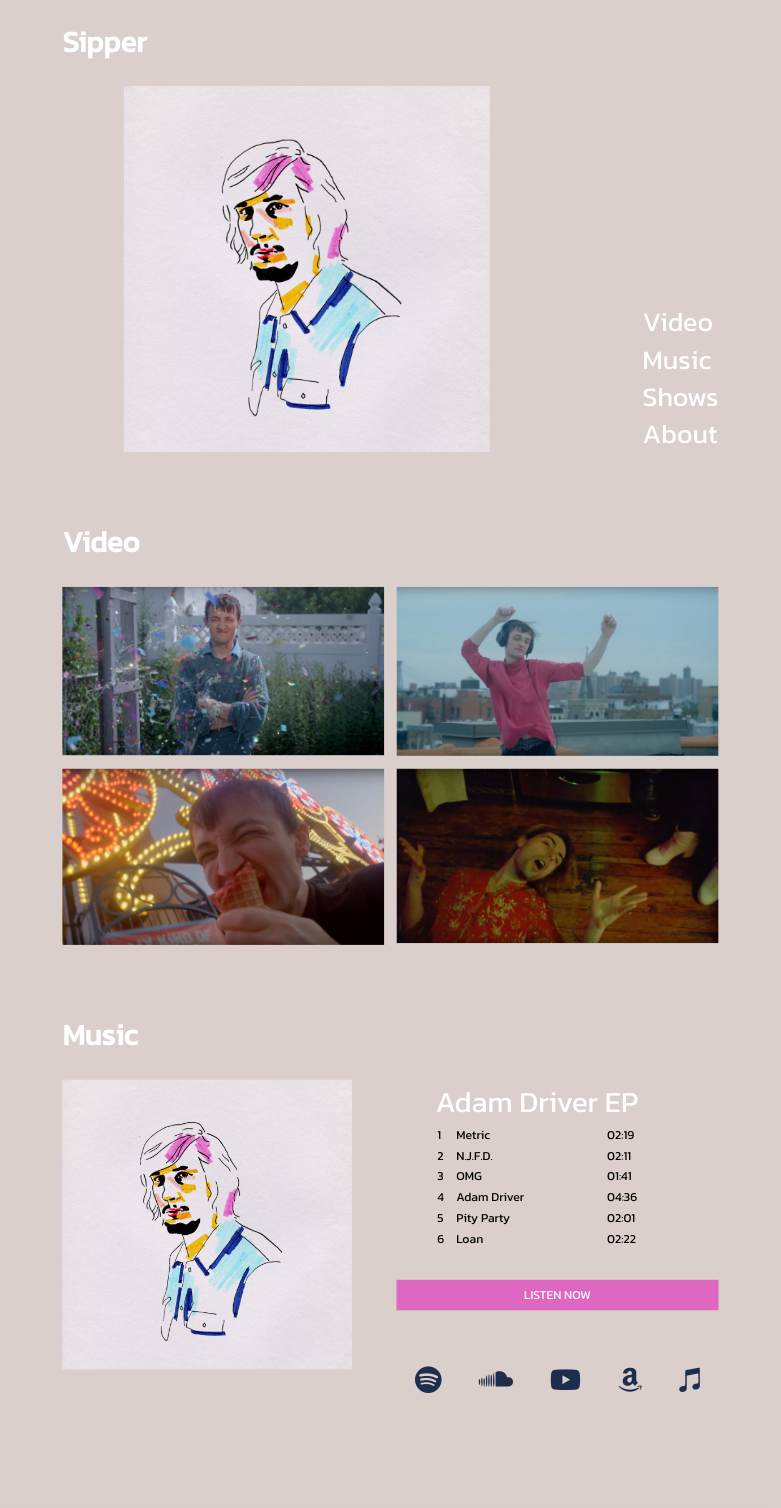
Repository: KrystellBarraza/SipperNYC
Page: index.html
An editor plug-in stored every save of this project. The page is shown before and after the next save, followed by the edit.
The browser window is 1280 px wide. The pictures show the whole page, at 61% of full size.
Some web libraries are served in a nearby version.

Above is the page before, as saved 2019-08-20 17:27:09.

### index.html
<!DOCTYPE html>
    <head>
        <meta charset="utf-8">
        <meta http-equiv="X-UA-Compatible" content="IE=edge">
        <title>Sipper</title>
        <meta name="description" content="Wholesome and intrinsically delicate, SIPPER is an NYC based band who wants nothing more than to make you enjoy whatever they put out.">
        <meta name="viewport" content="width=device-width, initial-scale=1">
        <script src="https://kit.fontawesome.com/0942df55aa.js"></script>
        <script src="https://ajax.googleapis.com/ajax/libs/jquery/3.4.1/jquery.min.js"></script>
        <link rel="stylesheet" href="https://ajax.googleapis.com/ajax/libs/jqueryui/1.12.1/themes/smoothness/jquery-ui.css">
        <script src="https://ajax.googleapis.com/ajax/libs/jqueryui/1.12.1/jquery-ui.min.js"></script>
        <link href="https://fonts.googleapis.com/css?family=Kanit&display=swap" rel="stylesheet">
        <link rel="stylesheet" href="venobox/venoboxcopy.css" type="text/css" media="screen">
        <link rel="stylesheet" href="style.css">
    </head>
    <body>

        <div class="container-home">
            <div class="head">
                <header>
                    <h1><a href="index.html">Sipper</a></h1>

                    <div id="toggleText">
                        <p class="menuToggle Open placeHolder"></p>
                        <p class="menuToggle Close" style="color: #FFF;"></p>
                    </div>

                    <div id="menu">
                        <ul id="hiddenMenu">
                            <li><a href="#video">Video</a></li>
                            <li><a href="#music">Music</a></li>
                            <li><a href="#shows">Shows</a></li>
                            <li><a href="#about">About</a></li>
                        </ul>
                    </div>

                    <div class="inlineMenu">
                        <a href="#video">Video</a>
                        <a href="#music">Music</a>
                        <a href="#shows">Shows</a>
                        <a href="#about">About</a>
                    </div>

                </header>
            </div>

            <div id="menu-container"></div>

            <div class="menu">
                <div class="flexbox-nav">
                    <nav class="side-Nav">
                        <li><a href="#video">Video</a></li>
                        <li><a href="#music">Music</a></li>
                        <li><a href="#shows">Shows</a></li>
                        <li><a href="#about">About</a></li>
                    </nav>
                </div>
            </div>

            <div class="album">
                <img src="images/albumcover.jpg">
            </div>

            <div class="footer"></div>

        </div>


        <div class="container-video">
            <div class="head-video">
                <h1 id="video">Video</h1>
            </div>

            <div class="container video-a">
                <div class="content">
                    <a class="venobox" data-autoplay="true" data-vbtype="video" data-gall="myGallery" href="https://youtu.be/N3MalJX4Ll4">
                        <div class="content-overlay"></div>
                        <img class="content-image" src="images/AdamDriver.jpg" alt="Adam Driver">
                        <div class="content-details fadeIn-bottom">
                            <p class="content-title">Adam Driver</p>
                        </div>
                    </a>
                </div>
            </div>

            <div class="container video-b">
                <div class="content">
                    <a class="venobox" data-autoplay="true" data-vbtype="video" data-gall="myGallery" href="https://youtu.be/suzVxfuO1rU">
                        <div class="content-overlay"></div>
                        <img class="content-image" src="images/Metric.jpg" alt="Metric">
                        <div class="content-details fadeIn-top">
                            <p class="content-title">Metric</p>
                        </div>
                    </a>
                </div>
            </div>

            <div class="container video-c">
                <div class="content">
                    <a class="venobox" data-autoplay="true" data-vbtype="video" data-gall="myGallery" href="https://youtu.be/sNYNVeHuiyg">
                        <div class="content-overlay"></div>
                        <img class="content-image" src="images/NJFD.jpg" alt="N.J.F.D.">
                        <div class="content-details fadeIn-left">
                            <p class="content-title">N.J.F.D.</p>
                        </div>
                    </a>
                </div>
            </div>

            <div class="container video-d">
                <div class="content">
                    <a class="venobox" data-autoplay="true" data-vbtype="video" data-gall="myGallery" href="https://youtu.be/S9CmWtUvWd0">
                        <div class="content-overlay"></div>
                        <img class="content-image" src="images/OMG.jpg" alt="OMG">
                        <div class="content-details fadeIn-right">
                            <p class="content-title">OMG</p>
                        </div>
                    </a>
                </div>
            </div>

            <div class="footer-video"></div>

        </div>

        <div class="container-music">
            <div class="head-music">
                    <h1 id="music">Music</h1>
            </div>

            <img class="ep music-e" src="images/albumcover.jpg" alt="Adam Driver EP">

            <div class="music-k">
                <p class="ep-title">Adam Driver EP</p>

                <table class="musicTable">
                    <tr>
                        <td>1</td>
                        <td>Metric</td>
                        <td>02:19</td>
                    </tr>
                    <tr>
                        <td>2</td>
                        <td>N.J.F.D.</td>
                        <td>02:11</td>
                    </tr>
                    <tr>
                        <td>3</td>
                        <td>OMG</td>
                        <td>01:41</td>
                    </tr>
                    <tr>
                        <td>4</td>
                        <td>Adam Driver</td>
                        <td>04:36</td>
                    </tr>
                    <tr>
                        <td>5</td>
                        <td>Pity Party</td>
                        <td>02:01<td>
                    </tr>
                    <tr>
                        <td>6</td>
                        <td>Loan</td>
                        <td>02:22</td>
                    </tr>
                </table>
            </div>

            <div class="music-j">
                <div class="listen">
                    <a href="https://levelmusic.lnk.to/AdamDriver_EP" target="_blank">Listen Now</a>
                </div>
            </div>

            <div class="fabIcons music-g">
                <a href="https://open.spotify.com/album/55qLPgpA8Q9fKp5JZo5pjp" target="_blank"><i class="fab fa-spotify"></i></a>
                <a href="https://soundcloud.com/invertebratemusic/sets/sipper-adam-driver-ep" target="_blank"><i class="fab fa-soundcloud"></i></a>
                <a href="https://www.youtube.com/channel/UC4grwiaSitqhA_vmRum_fdg/search?query=sipper" target="_blank"><i class="fab fa-youtube"></i></a>
                <a href="https://www.amazon.com/gp/product/B07QJBL8ZX/ref=dm_ws_sp_ps_dp" target="_blank"><i class="fab fa-amazon"></i></a>
                <a href="https://music.apple.com/us/album/1459355658?app=music" target="_blank"><i class="fab fa-itunes-note"></i></a>
            </div>

            <div class="footer-music"></div>

        </div>

        <script src="app.js" async defer></script>
        <script src="venobox/venobox.mincopy.js" async defer></script>
    </body>
</html>

### style.css
* {
    box-sizing: border-box;
}

html {
    scroll-behavior: smooth;
}

body {
    margin: 0;
    background-color: #dacfca;
}

p, li {
    font-family: 'Kanit', sans-serif;
}

p {
    font-size: 18px;
}

h1 {
    font-family: 'Kanit', sans-serif;
    color: #fff;
    font-size: 48px;
}

a {
    text-decoration: none;
    color: #fff;
}

/* Header - Home */

.container-home {
    display: grid;
    grid-template-columns: repeat(12, 1fr);
    grid-template-rows: auto 2fr 1fr;
    grid-gap: 5px;
    grid-column-gap: 20px;
    padding-left: 8%;
    padding-right: 8%;
    grid-template-areas:
    "h h h h h h h h h h h h"
    "c c c c c c c c c m m m"
    "c c c c c c c c c m m m"
    "c c c c c c c c c m m m"
    "f f f f f f f f f f f f";
}

.head {
    grid-area: h;
}

.inlineMenu {
    font-family: 'Kanit', sans-serif;
    font-size: 22px;
    word-spacing: 1em;
    top: 16%;
    right: 10%;
    position: absolute;
}

@media (min-width: 566px) and (max-width: 569px) {
    .inlineMenu {
        top: 19.5%;
        word-spacing: .5em;
    }
}

/* Toggled Header Nav */

#toggleText {
    top: 5%;
    right: 10%;
    color: #fff;
    position: absolute;
    z-index: 10;
}

#menu-container {
    background-color: #03262f;
    position: absolute;
    width: 100%;
    left: 0%;
    height: 100vh;
    z-index: 6;
}

#menu {
    background-color: #03262f;
    position: absolute;
    top: 0%;
    left: 0%;
    width: 100%;
    height: 100vh;
    z-index: 7;
}

#hiddenMenu {
    position: absolute;
    top: 30%;
}

p.placeHolder {
    display: none;
}

p.Open:before {
    content: "Menu";
}

p.Close:before {
    content: "Close";
}

ul {
    list-style: none;
}

li {
    font-size: 44px;
    line-height: 46pt;
}

/* Toggled Menu Media Queries */

@media only screen and (max-width: 450px) {
    nav {
        visibility: hidden;
    }
}

@media only screen and (min-width: 450px) {
    #toggleText {
        visibility: hidden;
    }

    #menu {
        visibility: hidden;
    }

    #menu-container {
        visibility: hidden;
    }
}

/* Scrollbar */

::-webkit-scrollbar { width: 8px; }

::-webkit-scrollbar-track { color: transparent; }

::-webkit-scrollbar-thumb {
    background-color: rgba(000, 0, 0, 0.2);
    border-radius: 5px;
}

/* Menu */

.menu {
    grid-area: m;
}

.flexbox-nav {
    display: flex;
    align-items: flex-end;
    justify-content: flex-end;
    margin-top: 356px;
}

.side-nav {
    align-self: flex-end;
    margin-top: 30px;
}

nav > a {
    font-family: 'Kanit', sans-serif;
    color: #fff;
    font-size: 48px;
}

nav > li {
    list-style-type: none;
    padding: 0;
    margin: 0;
}

@media only screen and (max-width: 416px){
    .menu {
        display: none;
    }

    .container-home {
        display: grid;
        grid-template-columns: repeat(12, 1fr);
        grid-template-rows: auto 2fr 1fr;
        grid-gap: 5px;
        padding-left: 8%;
        padding-right: 8%;
        grid-template-areas:
        "h h h h h h h h h h h h"
        "c c c c c c c c c c c c"
        "c c c c c c c c c c c c"
        "c c c c c c c c c c c c"
        "f f f f f f f f f f f f";
    }

    .album > img {
        object-fit: contain;
        width: 100%;
    }

}

/* Inline Menu Queries */

@media only screen and (max-width: 416px) {
    .inlineMenu {
        display: none;
    }
}

@media only screen and (min-width: 766px){
    .inlineMenu {
        display: none;
    }
}

/* Mobile Landscape Queries */

@media (orientation: landscape) and (max-width: 766px) {
    .menu {
        display: none;
    }

    .container-home {
        display: grid;
        grid-template-columns: repeat(12, 1fr);
        grid-template-rows: auto 2fr 1fr;
        grid-gap: 5px;
        padding-left: 8%;
        padding-right: 8%;
        grid-template-areas:
        "h h h h h h h h h h h h"
        "c c c c c c c c c c c c"
        "c c c c c c c c c c c c"
        "c c c c c c c c c c c c"
        "f f f f f f f f f f f f";
    }

    .album > img {
        object-fit: contain;
        width: 100%;
    }
}

/* Album */

.album {
    grid-area: c;
}

.album > img {
    object-fit: contain;
    width: 100%;
    max-height: 600px;
}

.footer {
    grid-area: f;
    height: 70px;
}


/* Video */

.container-video {
    display: grid;
    grid-template-columns: repeat(12, 1fr);
    grid-template-rows: auto 1fr 1fr;
    grid-gap: 5px;
    grid-column-gap: 20px;
    padding-left: 8%;
    padding-right: 8%;
    grid-template-areas:
    "h h h h h h h h h h h h"
    "a a a a a a b b b b b b"
    "c c c c c c d d d d d d"
    "f f f f f f f f f f f f";
}

.head-video {
    grid-area: h;
}

.video-a {
    grid-area: a;
    justify-self: center;
}

.video-b {
    grid-area: b;
    justify-self: center;
}

.video-c {
    grid-area: c;
    justify-self: center;
}

.video-d {
    grid-area: d;
    justify-self: center;
}

.footer-video {
    grid-area: f;
    height: 70px;
}

.container .title {
    text-align: center;
}

.content {
    position: relative;
    width: 100%;
    max-width: 550px;
    overflow: hidden;
}

.content .content-overlay {
    background: rgba(0,0,0,0.7);
    position: absolute;
    height: 99%;
    width: 100%;
    opacity: 0;
    -webkit-transition: all 0.4s ease-in-out 0s;
    -moz-transition: all 0.4s ease-in-out 0s;
    transition: all 0.4s ease-in-out 0s;
}

.content:hover .content-overlay {
    opacity: 1;
}

.content-image {
    width: 100%;
}

.content-details {
    position: absolute;
    text-align: center;
    padding-left: 1em;
    padding-right: 1em;
    width: 100%;
    top: 50%;
    left: 50%;
    opacity: 0;
    -webkit-transform: translate(-50%, -50%);
    -moz-transform: translate(-50%, -50%);
    transform: translate(-50%, -50%);
    -webkit-transition: all 0.3s ease-in-out 0s;
    -moz-transition: all 0.3s ease-in-out 0s;
    transition: all 0.3s ease-in-out 0s;
}

.content:hover .content-details {
    top: 50%;
    left: 50%;
    opacity: 1;
}

.content-details p {
    color: #fff;
    font-weight: 500;
    letter-spacing: 0.15em;
    margin-bottom: 0.5em;
    font-size: 0.8em;
    text-transform: uppercase;
}

.fadeIn-bottom {
    top: 80%;
}

.fadeIn-top {
    top: 20%;
}

.fadeIn-left {
    left: 20%;
}

.fadeIn-right {
    left: 80%;
}

@media only screen and (max-width: 416px){
    .container-video {
        display: grid;
        grid-template-columns: repeat(12, 1fr);
        grid-template-rows: auto 1fr 1fr;
        grid-gap: 5px;
        padding-left: 8%;
        padding-right: 8%;
        grid-template-areas:
        "h h h h h h h h h h h h"
        "a a a a a a a a a a a a"
        "b b b b b b b b b b b b"
        "c c c c c c c c c c c c"
        "d d d d d d d d d d d d"
        "f f f f f f f f f f f f";
    }

}

/* Music */

.container-music {
    display: grid;
    grid-template-columns: repeat(12, 1fr);
    grid-template-rows: repeat(6, 1fr);
    grid-gap: 5px;
    grid-column-gap: 20px;
    padding-left: 8%;
    padding-right: 8%;
    grid-template-areas:
    "h h h h h h h h h h h h"
    "e e e e e e k k k k k k"
    "e e e e e e k k k k k k"
    "e e e e e e j j j j j j"
    "e e e e e e g g g g g g"
    "f f f f f f f f f f f f";
}

.head-music {
    grid-area: h;
}

.music-e {
    grid-area: e;
}

.ep {
    width: 90%;
}

.music-g {
    grid-area: g;
    align-items: center;
}

.fabIcons {
    display: flex;
    justify-content: space-around;
}

i {
    font-family:'FontAwesome';
    font-size: 45px;
    color: #1d2e4c;
    transition: 0.5s;
}

i.fab:hover {
    color: #3a527c;
}

.music-j {
    grid-area: j;
    align-items: center;
}

.ep-title {
    font-size: 48px;
    color: #fff;
    margin: 0;
}

.musicTable {
    font-family: 'Kanit', sans-serif;
    border: 0;
    font-size: 20px;
    width: 400px;
}

.listen {
    margin-top: 45px;
    display: flex;
    justify-content: space-around;
    background: #de68c1;
    font-family: 'Kanit', sans-serif;
    text-transform: uppercase;
    text-align: center;
    align-items: center;
    height: 50px;
    font-size: 1.25em;
    -webkit-transition: 0.5s;
    transition: 0.5s;
    border: none;
}

.listen:hover {
    background: #e794ce;
}

.music-k {
    grid-area: k;
    justify-self: center;
}

.footer-music {
    grid-area: f;
    height: 70px;
}

### app.js
$(document).ready(() => {
    $('#toggleText').click(() => {
      $('.menuToggle').toggleClass('placeHolder');
      $('#menu').toggle('slide',{direction:'up'}, 1000);
      $('#menu-container').toggle('fade',{direction: 'down'}, 500);
    });
  });

  $(document).ready(function(){
    $('.venobox').venobox({
        spinner:'three bounce',
        closeBackground: 'transparent'
    });
});

Loaded but not shown: venobox/venoboxcopy.css (common file); venobox/venobox.mincopy.js (library)

After the next save:
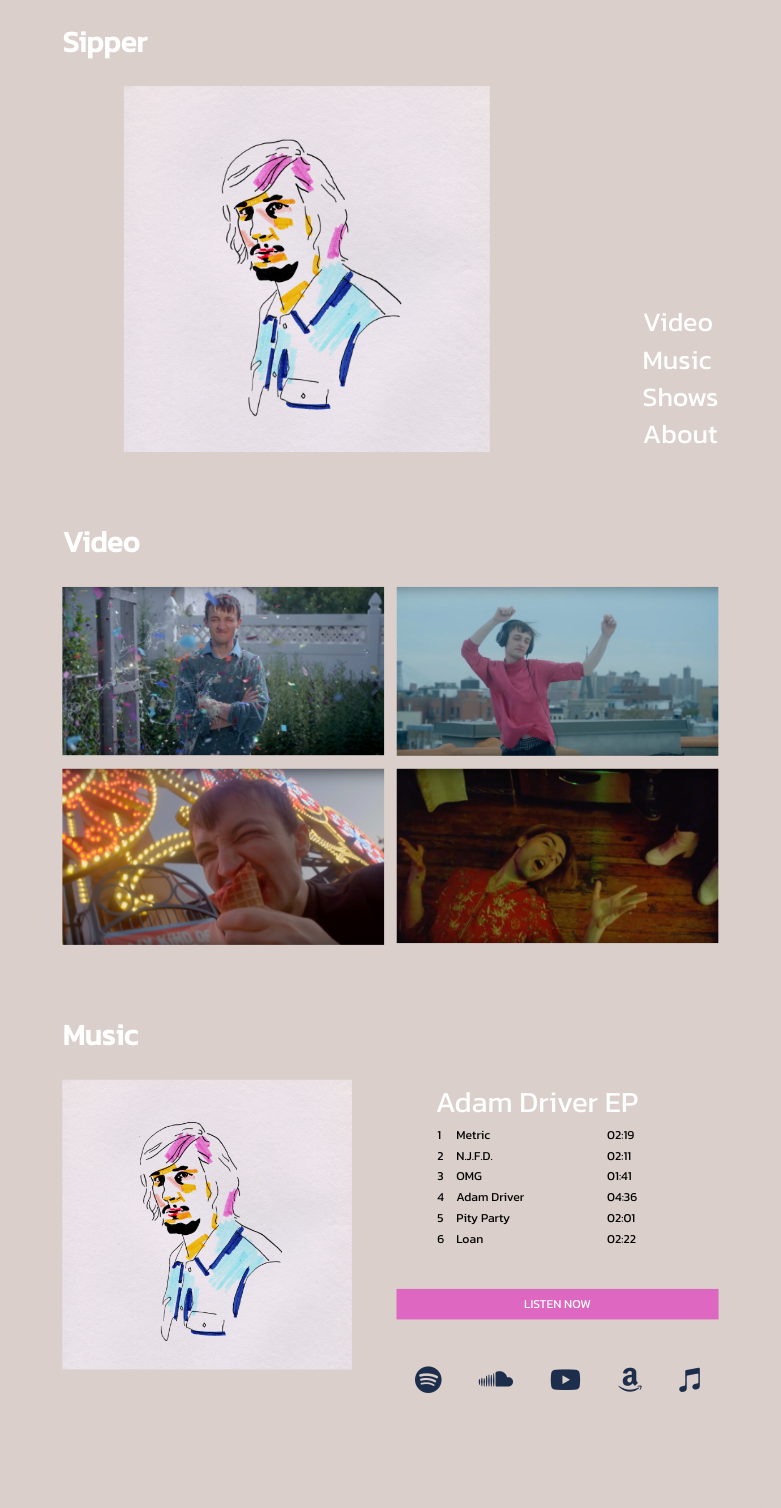
Saved 46 s later.
--- a/style.css
+++ b/style.css
@@ -487,7 +487,7 @@ i.fab:hover {
 }
 
 .listen {
-    margin-top: 45px;
+    margin-top: 60px;
     display: flex;
     justify-content: space-around;
     background: #de68c1;
